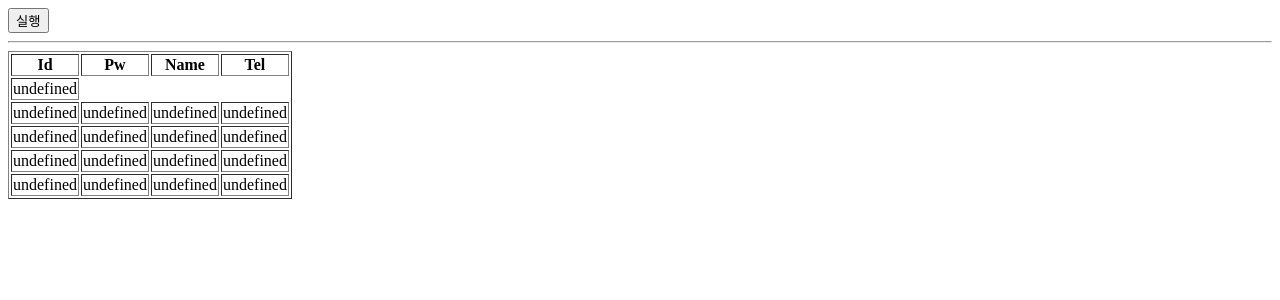
Repository: jinseon5462/Study_Jsp2
Page: http://localhost/ajax_crud/listView.jsp
These files come from the project's save history. The page is drawn as it stood at one moment and after the next save; the edit follows.
The browser window is 1280 px wide. The pictures show the whole page.
After loading, the first visible `#btn` was clicked once.
The page is served by Tomcat 9.

Above is the page before, as saved 2023-01-03 12:32:46.

After the next save:
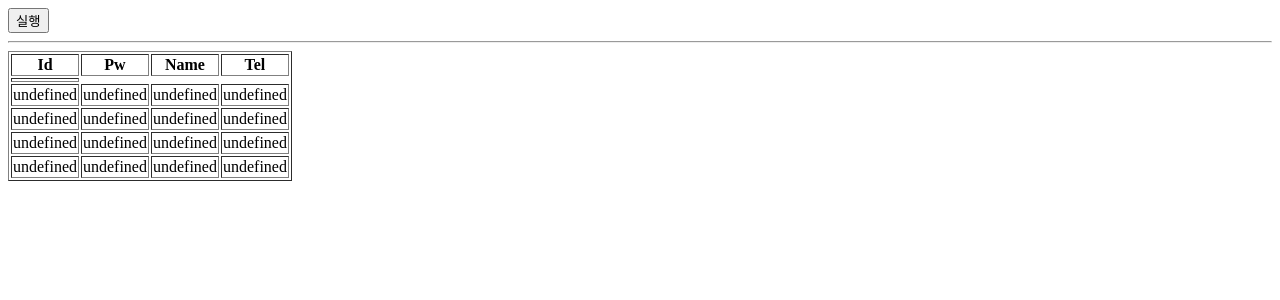
Saved 10 s later.
--- a/jsp_ws/ajax_crud/src/main/webapp/listView.jsp
+++ b/jsp_ws/ajax_crud/src/main/webapp/listView.jsp
@@ -37,7 +37,6 @@
 			for(var i = 0; i < obj.length; i++){
 				tbody.innerHTML += "<tr><td>" + obj.id + "</td><td>" + obj.pw + "</td><td>" + obj.name + "</td><td>" + obj.tel + "</td></tr>";
 			}
-			document.querySelector("td").innerText = obj.id;
 
 
 			/* document.getElementById("id").value = obj.id;
